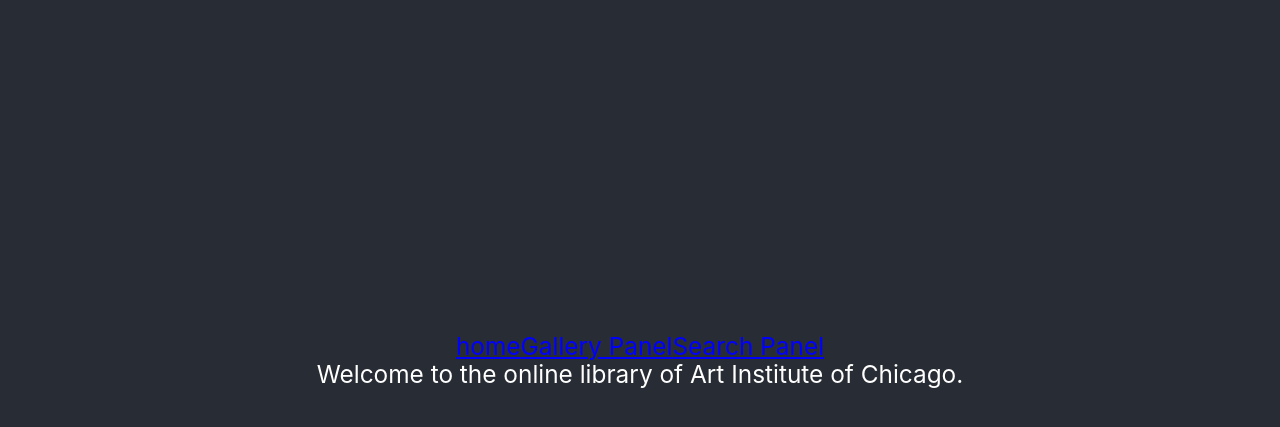
Repository: ZhengyuLi0929/ArtMuseum_ArtIC
Page: /
An editor plug-in stored every save of this project. The page is shown before and after the next save, followed by the edit.
The browser window is 1280 px wide. The pictures show the whole page.
The project was rebuilt for these pictures with package versions that can differ from the ones it lists, and the page was loaded fresh each time. Also part of the build but not shown: src/gallery.tsx, src/list.tsx, src/details.tsx.

Above is the page before, as saved 2023-01-11 07:46:39.

After the next save:
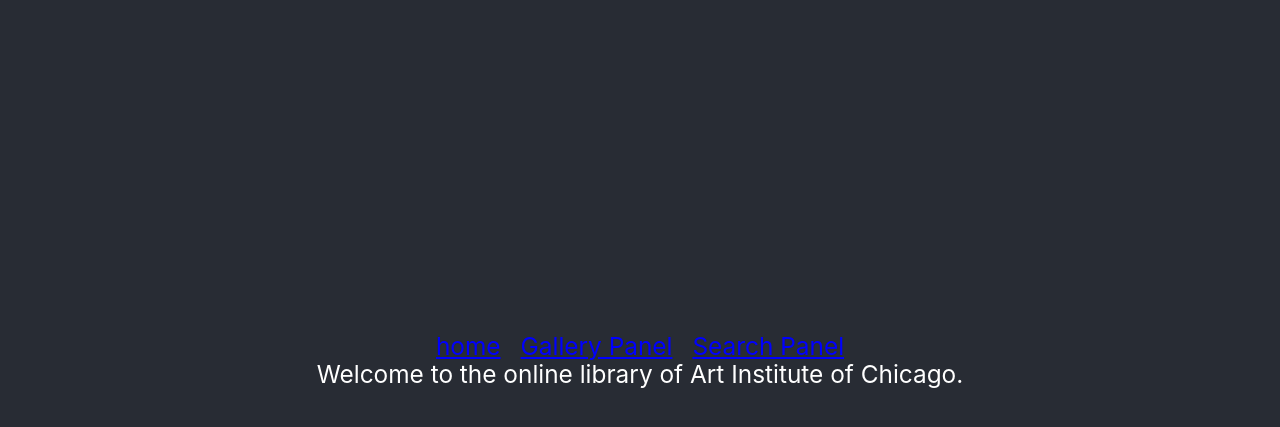
Saved 4 min 4 s later.
--- a/src/App.tsx
+++ b/src/App.tsx
@@ -22,8 +22,8 @@
             flexWrap: 'nowrap',
             justifyContent: 'space-between'
         }}>
-          <Link to ="/" style={{ color: 'blue', textDecoration: 'underline' }}> home </Link>
-          <Link to ="/gallery" style={{ color: 'blue', textDecoration: 'underline' }}> Gallery Panel </Link>
+          <Link to ="/" style={{ color: 'blue', textDecoration: 'underline', marginRight: "20px"}}> home </Link>
+          <Link to ="/gallery" style={{ color: 'blue', textDecoration: 'underline', marginRight: "20px" }}> Gallery Panel </Link>
           <Link to ="/list" style={{ color: 'blue', textDecoration: 'underline' }}> Search Panel </Link>
         </div>
           <Routes>
